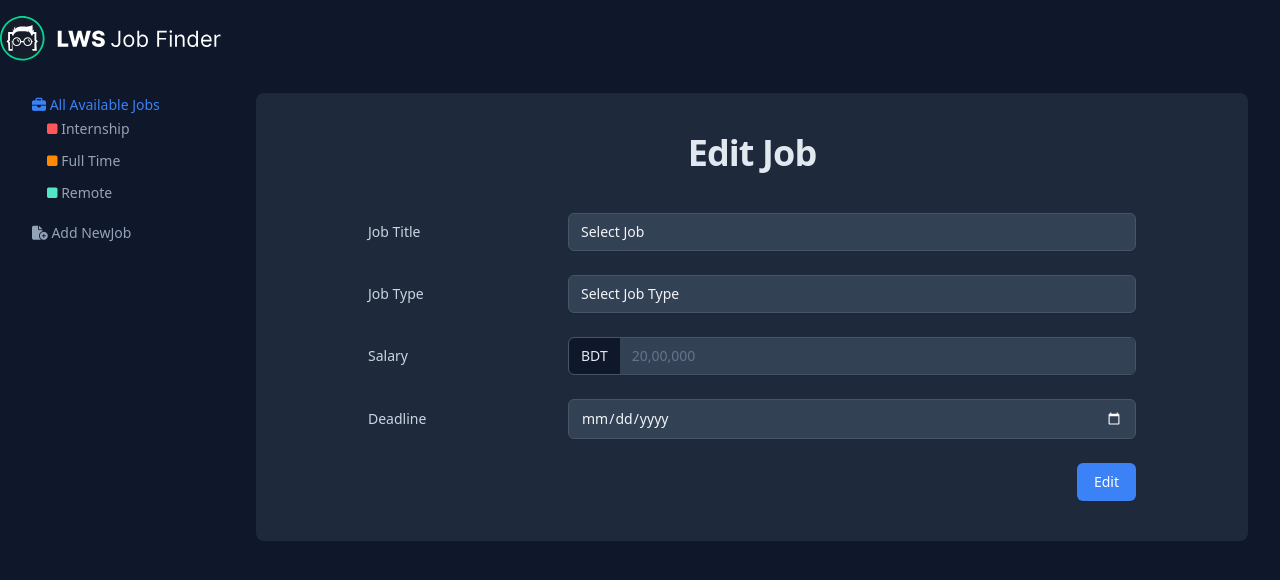
Repository: Wahid137/jobs-finder-rtk
Page: html/EditJob.html
These files come from the project's save history. The page is drawn as it stood at one moment and after the next save; the edit follows.
The browser window is 1280 px wide. The pictures show the whole page.
Some web libraries are served in a nearby version.

Above is the page before, as saved 2023-12-25 02:29:21.

### html/EditJob.html
<!DOCTYPE html>
<html lang="en">

<head>
  <meta charset="UTF-8" />
  <meta http-equiv="X-UA-Compatible" content="IE=edge" />
  <meta name="viewport" content="width=device-width, initial-scale=1.0" />
  <title>LWS Job Finder</title>
  <link rel="stylesheet" href="https://cdnjs.cloudflare.com/ajax/libs/font-awesome/6.1.1/css/all.min.css"
    integrity="sha512-KfkfwYDsLkIlwQp6LFnl8zNdLGxu9YAA1QvwINks4PhcElQSvqcyVLLD9aMhXd13uQjoXtEKNosOWaZqXgel0g=="
    crossorigin="anonymous" referrerpolicy="no-referrer" />
  <link rel="stylesheet" href="./styles/style.css" />
</head>

<body>
  <nav class="max-w-[90rem] mx-auto py-4 fixed top-0 w-full left-1/2 -translate-x-1/2 px-4 md:px-0">
    <img src="./images/logo.svg" />
  </nav>
  <div class="max-w-[90rem] mx-auto px-4 sm:px-6 md:px-8">
    <div class="sidebar">
      <nav>
        <ul class="space-y-4">
          <li>
            <a href="/jobs" class="main-menu menu-active" id="lws-alljobs-menu">
              <i class="fa-solid fa-briefcase"></i>
              <span> All Available Jobs</span>
            </a>
            <ul class="space-y-6 lg:space-y-2 ">
              <li>
                <a class="sub-menu" href="/jobs/internship" id="lws-internship-menu">
                  <i class="fa-solid fa-stop !text-[#FF5757]"></i>
                  Internship
                </a>
              </li>
              <li>
                <a class="sub-menu" href="/jobs/fulltime" id="lws-fulltime-menu">
                  <i class="fa-solid fa-stop !text-[#FF8A00]"></i>
                  Full Time
                </a>
              </li>
              <li>
                <a class="sub-menu" href="/jobs/remote" id="lws-remote-menu">
                  <i class="fa-solid fa-stop !text-[#56E5C4]"></i>
                  Remote
                </a>
              </li>
            </ul>
          </li>
          <li>
            <a href="/jobs" class="main-menu" id="lws-addJob-menu">
              <i class="fa-solid fa-file-circle-plus"></i>
              <span>Add NewJob</span>
            </a>
          </li>
        </ul>
      </nav>
    </div>
    <div class="lg:pl-[14rem] mt-[5.8125rem]">
      <main class="max-w-3xl rounded-lg mx-auto relative z-20 p-10 xl:max-w-none bg-[#1E293B]">
        <h1 class="mb-10 text-center lws-section-title">Edit Job</h1>

        <div class="max-w-3xl mx-auto">
          <form class="space-y-6">
            <div class="fieldContainer">
              <label for="lws-JobTitle" class="text-sm font-medium text-slate-300">Job Title</label>
              <select id="lws-JobTitle" name="lwsJobTitle" required>
                <option value="" hidden selected>Select Job</option>
                <option>Software Engineer</option>
                <option>Software Developer</option>
                <option>Full Stack Developer</option>
                <option>MERN Stack Developer</option>
                <option>DevOps Engineer</option>
                <option>QA Engineer</option>
                <option>Product Manager</option>
                <option>Social Media Manager</option>
                <option>Senior Executive</option>
                <option>Junior Executive</option>
                <option>Android App Developer</option>
                <option>IOS App Developer</option>
                <option>Frontend Developer</option>
                <option>Frontend Engineer</option>
              </select>
            </div>

            <div class="fieldContainer">
              <label for="lws-JobType">Job Type</label>
              <select id="lws-JobType" name="lwsJobType" required>
                <option value="" hidden selected>Select Job Type</option>
                <option>Full Time</option>
                <option>Internship</option>
                <option>Remote</option>
              </select>
            </div>

            <div class="fieldContainer">
              <label for="lws-JobSalary">Salary</label>
              <div class="flex border rounded-md shadow-sm border-slate-600">
                <span class="input-tag">BDT</span>
                <input type="number" name="lwsJobSalary" id="lws-JobSalary" required class="!rounded-l-none !border-0"
                  placeholder="20,00,000" />
              </div>
            </div>

            <div class="fieldContainer">
              <label for="lws-JobDeadline">Deadline</label>
              <input type="date" name="lwsJobDeadline" id="lws-JobDeadline" required />
            </div>

            <div class="text-right">
              <button type="submit" id="lws-submit" class="cursor-pointer btn btn-primary w-fit">
                Edit
              </button>
            </div>
          </form>
        </div>
      </main>
    </div>
  </div>
</body>

</html>

Loaded but not shown: html/styles/style.css (1186 lines, source omitted)

After the next save:
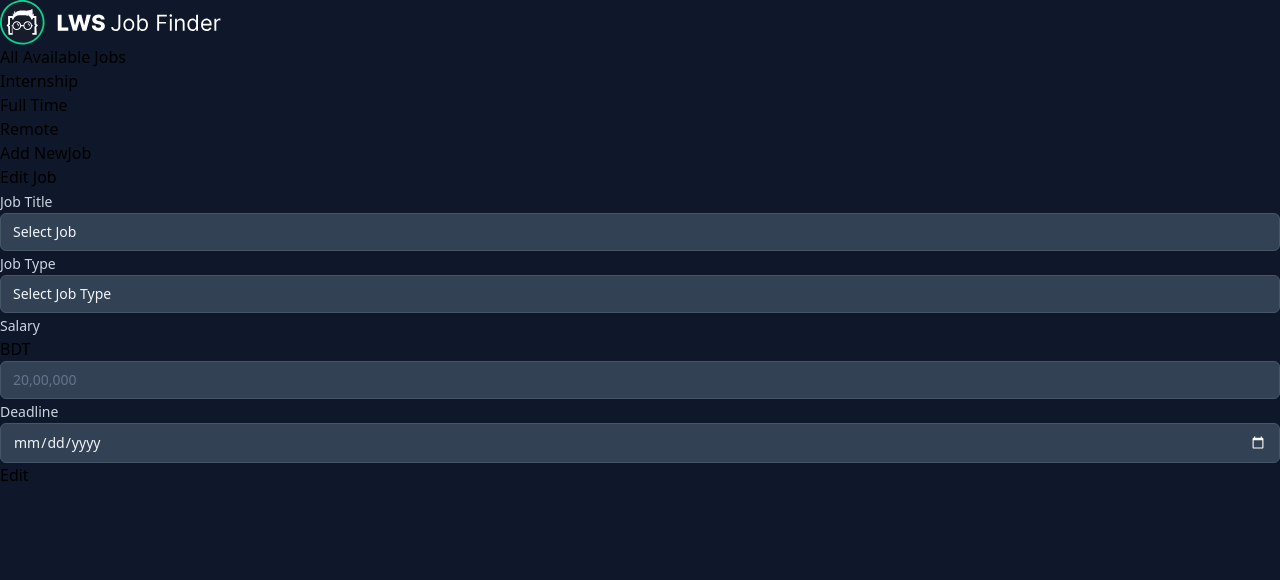
Saved 49 s later.
--- a/html/EditJob.html
+++ b/html/EditJob.html
@@ -13,56 +13,56 @@
 </head>
 
 <body>
-  <nav class="max-w-[90rem] mx-auto py-4 fixed top-0 w-full left-1/2 -translate-x-1/2 px-4 md:px-0">
+  <nav className="max-w-[90rem] mx-auto py-4 fixed top-0 w-full left-1/2 -translate-x-1/2 px-4 md:px-0">
     <img src="./images/logo.svg" />
   </nav>
-  <div class="max-w-[90rem] mx-auto px-4 sm:px-6 md:px-8">
-    <div class="sidebar">
+  <div className="max-w-[90rem] mx-auto px-4 sm:px-6 md:px-8">
+    <div className="sidebar">
       <nav>
-        <ul class="space-y-4">
+        <ul className="space-y-4">
           <li>
-            <a href="/jobs" class="main-menu menu-active" id="lws-alljobs-menu">
-              <i class="fa-solid fa-briefcase"></i>
+            <a href="/jobs" className="main-menu menu-active" id="lws-alljobs-menu">
+              <i className="fa-solid fa-briefcase"></i>
               <span> All Available Jobs</span>
             </a>
-            <ul class="space-y-6 lg:space-y-2 ">
+            <ul className="space-y-6 lg:space-y-2 ">
               <li>
-                <a class="sub-menu" href="/jobs/internship" id="lws-internship-menu">
-                  <i class="fa-solid fa-stop !text-[#FF5757]"></i>
+                <a className="sub-menu" href="/jobs/internship" id="lws-internship-menu">
+                  <i className="fa-solid fa-stop !text-[#FF5757]"></i>
                   Internship
                 </a>
               </li>
               <li>
-                <a class="sub-menu" href="/jobs/fulltime" id="lws-fulltime-menu">
-                  <i class="fa-solid fa-stop !text-[#FF8A00]"></i>
+                <a className="sub-menu" href="/jobs/fulltime" id="lws-fulltime-menu">
+                  <i className="fa-solid fa-stop !text-[#FF8A00]"></i>
                   Full Time
                 </a>
               </li>
               <li>
-                <a class="sub-menu" href="/jobs/remote" id="lws-remote-menu">
-                  <i class="fa-solid fa-stop !text-[#56E5C4]"></i>
+                <a className="sub-menu" href="/jobs/remote" id="lws-remote-menu">
+                  <i className="fa-solid fa-stop !text-[#56E5C4]"></i>
                   Remote
                 </a>
               </li>
             </ul>
           </li>
           <li>
-            <a href="/jobs" class="main-menu" id="lws-addJob-menu">
-              <i class="fa-solid fa-file-circle-plus"></i>
+            <a href="/jobs" className="main-menu" id="lws-addJob-menu">
+              <i className="fa-solid fa-file-circle-plus"></i>
               <span>Add NewJob</span>
             </a>
           </li>
         </ul>
       </nav>
     </div>
-    <div class="lg:pl-[14rem] mt-[5.8125rem]">
-      <main class="max-w-3xl rounded-lg mx-auto relative z-20 p-10 xl:max-w-none bg-[#1E293B]">
-        <h1 class="mb-10 text-center lws-section-title">Edit Job</h1>
+    <div className="lg:pl-[14rem] mt-[5.8125rem]">
+      <main className="max-w-3xl rounded-lg mx-auto relative z-20 p-10 xl:max-w-none bg-[#1E293B]">
+        <h1 className="mb-10 text-center lws-section-title">Edit Job</h1>
 
-        <div class="max-w-3xl mx-auto">
-          <form class="space-y-6">
-            <div class="fieldContainer">
-              <label for="lws-JobTitle" class="text-sm font-medium text-slate-300">Job Title</label>
+        <div className="max-w-3xl mx-auto">
+          <form className="space-y-6">
+            <div className="fieldContainer">
+              <label for="lws-JobTitle" className="text-sm font-medium text-slate-300">Job Title</label>
               <select id="lws-JobTitle" name="lwsJobTitle" required>
                 <option value="" hidden selected>Select Job</option>
                 <option>Software Engineer</option>
@@ -82,7 +82,7 @@
               </select>
             </div>
 
-            <div class="fieldContainer">
+            <div className="fieldContainer">
               <label for="lws-JobType">Job Type</label>
               <select id="lws-JobType" name="lwsJobType" required>
                 <option value="" hidden selected>Select Job Type</option>
@@ -92,22 +92,22 @@
               </select>
             </div>
 
-            <div class="fieldContainer">
+            <div className="fieldContainer">
               <label for="lws-JobSalary">Salary</label>
-              <div class="flex border rounded-md shadow-sm border-slate-600">
-                <span class="input-tag">BDT</span>
-                <input type="number" name="lwsJobSalary" id="lws-JobSalary" required class="!rounded-l-none !border-0"
+              <div className="flex border rounded-md shadow-sm border-slate-600">
+                <span className="input-tag">BDT</span>
+                <input type="number" name="lwsJobSalary" id="lws-JobSalary" required className="!rounded-l-none !border-0"
                   placeholder="20,00,000" />
               </div>
             </div>
 
-            <div class="fieldContainer">
+            <div className="fieldContainer">
               <label for="lws-JobDeadline">Deadline</label>
               <input type="date" name="lwsJobDeadline" id="lws-JobDeadline" required />
             </div>
 
-            <div class="text-right">
-              <button type="submit" id="lws-submit" class="cursor-pointer btn btn-primary w-fit">
+            <div className="text-right">
+              <button type="submit" id="lws-submit" className="cursor-pointer btn btn-primary w-fit">
                 Edit
               </button>
             </div>
